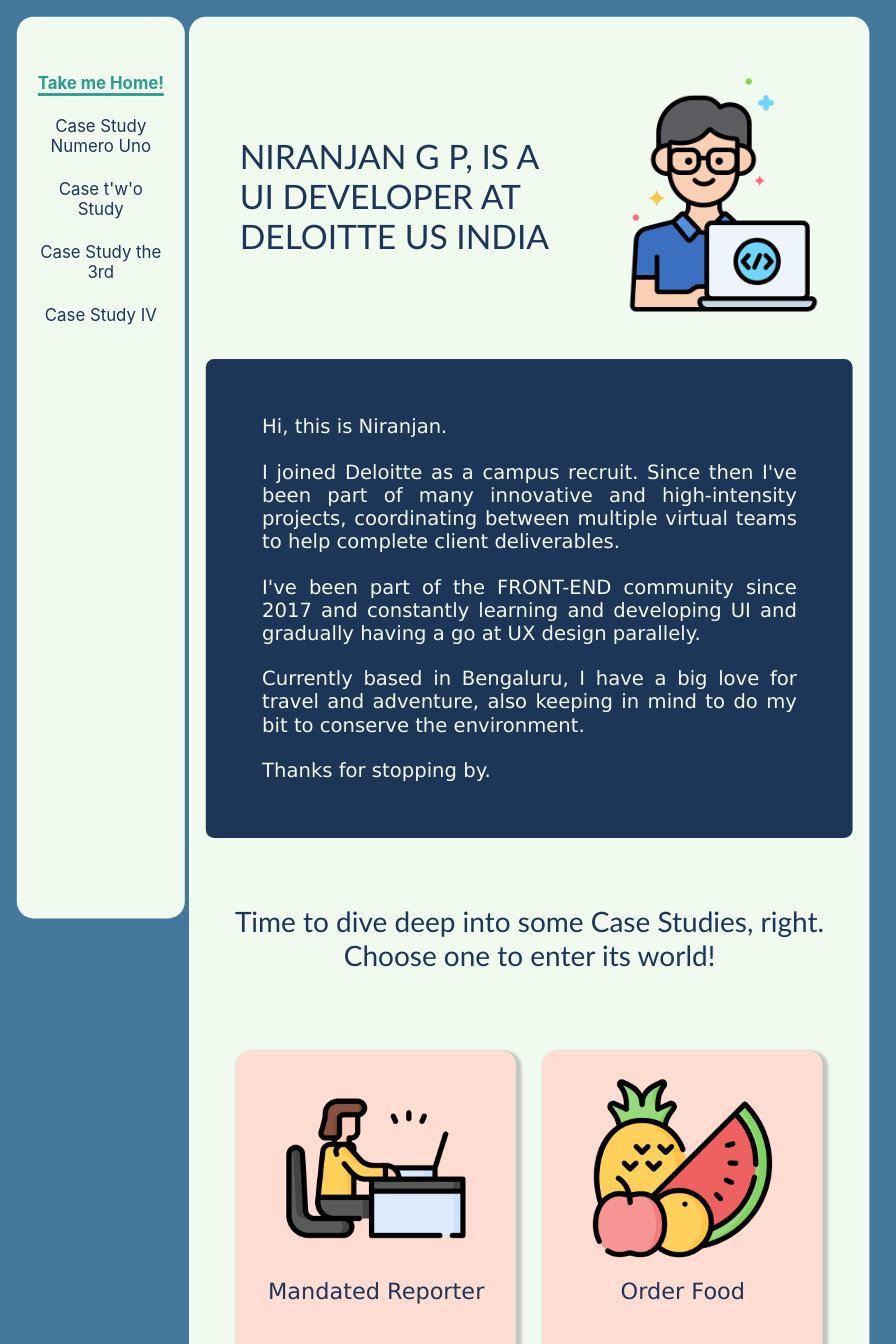
Repository: niranjangp/portfolioReact
Page: /
The author's editor kept a copy of each file at every save. The page is drawn from the files as they stood at one save, then again after the next save.
The browser window is 1280 px wide. The pictures show the part of the page from y = 0 to 1920 px (the page is 3119 px tall), at 70% of full size.
The project was rebuilt for these pictures with package versions that can differ from the ones it lists, and the page was loaded fresh each time. Also part of the build but not shown: src/pages/csOne.jsx, src/pages/csTwo.jsx, src/pages/csThree.jsx, src/pages/csFour.jsx, src/pages/notFound.jsx.

Above is the page before, as saved 2022-02-02 04:06:27.

### public/index.html
<!DOCTYPE html>
<html lang="en">
  <head>
    <meta charset="utf-8" />
    <!--<link rel="icon" href="%PUBLIC_URL%/favicon.ico" />-->
    <meta name="viewport" content="width=device-width, initial-scale=1" />
    <meta name="theme-color" content="#000000" />
    <meta
      name="description"
      content="Web site created using create-react-app"
    />
    <!--<link rel="apple-touch-icon" href="%PUBLIC_URL%/logo192.png" />-->
    <!--
      manifest.json provides metadata used when your web app is installed on a
      user's mobile device or desktop. See https://developers.google.com/web/fundamentals/web-app-manifest/
    -->
    <link rel="manifest" href="%PUBLIC_URL%/manifest.json" />
    <!--
      Notice the use of %PUBLIC_URL% in the tags above.
      It will be replaced with the URL of the `public` folder during the build.
      Only files inside the `public` folder can be referenced from the HTML.

      Unlike "/favicon.ico" or "favicon.ico", "%PUBLIC_URL%/favicon.ico" will
      work correctly both with client-side routing and a non-root public URL.
      Learn how to configure a non-root public URL by running `npm run build`.
    -->
    <title>Portfolio</title>
  </head>
  <body>
    <noscript>You need to enable JavaScript to run this app.</noscript>
    <div id="root"></div>
    <!--
      This HTML file is a template.
      If you open it directly in the browser, you will see an empty page.

      You can add webfonts, meta tags, or analytics to this file.
      The build step will place the bundled scripts into the <body> tag.

      To begin the development, run `npm start` or `yarn start`.
      To create a production bundle, use `npm run build` or `yarn build`.
    -->
  </body>
</html>

### src/index.css
body {
  margin: 0;
  font-family: -apple-system, BlinkMacSystemFont, 'Segoe UI', 'Roboto', 'Oxygen',
    'Ubuntu', 'Cantarell', 'Fira Sans', 'Droid Sans', 'Helvetica Neue',
    sans-serif;
  -webkit-font-smoothing: antialiased;
  -moz-osx-font-smoothing: grayscale;
  box-sizing: border-box;
}

code {
  font-family: source-code-pro, Menlo, Monaco, Consolas, 'Courier New',
    monospace;
}

p {
  margin: 0;
}

### src/App.js
import './App.css';

import { Route, NavLink, Switch, Redirect } from 'react-router-dom';
import EnterTheDesign from './pages/enterDesign';
import CSOne from './pages/csOne';
import CSTwo from './pages/csTwo';
import CSThree from './pages/csThree';
import CSFour from './pages/csFour';
import NotFound from './pages/notFound';

function App() {
  const flatIconLink = "https://www.flaticon.com/free-icons/programmer";
  const wfhIconLink = "https://www.flaticon.com/free-icons/work-from-home";
  const fruitLink = "https://www.flaticon.com/free-icons/fruit";
  const moneyLink = "https://www.flaticon.com/free-icons/digital-money";
  const quoteLink = "https://www.flaticon.com/free-icons/question-mark";



  return (
    <div className='App'>
      <div className="containerOne">
        <nav className='navigation'>
          <div className='navDiv'>
            <NavLink activeClassName="nav-link active" className="nav-link" to="/enter-the-design">Take me Home!</NavLink>
          </div>
          <div className='navDiv'>
            <NavLink activeClassName="nav-link active" className="nav-link" to="/cs-one">Case Study Numero Uno</NavLink>
          </div>
          <div className='navDiv'>
            <NavLink activeClassName="nav-link active" className="nav-link" to="/cs-two">Case t'w'o Study</NavLink>
          </div>
          <div className='navDiv'>
            <NavLink activeClassName="nav-link active" className="nav-link" to="/cs-three">Case Study the 3rd</NavLink>
          </div>
          <div className='navDiv'>
            <NavLink activeClassName="nav-link active" className="nav-link" to="/cs-four">Case Study IV</NavLink>
          </div>
        </nav>
        <main className='mainOne'>
          <Switch>
            <Route exact path="/" ><Redirect to="/enter-the-design" /></Route>
            <Route path="/enter-the-design" ><EnterTheDesign /></Route>
            <Route exact path="/cs-one" ><CSOne /></Route>
            <Route exact path="/cs-two" ><CSTwo /></Route>
            <Route exact path="/cs-three"><CSThree /></Route>
            <Route exact path="/cs-four"><CSFour /></Route>

            <Route path="*"><NotFound /></Route>
          </Switch>

        </main>
        <footer>
          <div className='footer-info'>
            {/*<p>Niranjan G P</p>*/}
            <p>Design & Develop    |   mailtonirgp@gmail.com</p>
            <p>Please consider the Environment while printing.</p>
          </div>
          <div className='credits'>
            <p className="cr-fi">Icons from Flaticons</p>
            <a href={flatIconLink} title="programmer icons">Programmer icons created by Flat Icons - Flaticon</a>
            <a href={wfhIconLink} title="work from home icons">Work from home icons created by Freepik - Flaticon</a>
            <a href={fruitLink} title="fruit icons">Fruit icons created by Freepik - Flaticon</a>
            <a href={moneyLink} title="digital money icons">Digital money icons created by Freepik - Flaticon</a>
            <a href={quoteLink} title="question mark icons">Question mark icons created by Freepik - Flaticon</a>
          </div>
        </footer>
      </div>

    </div>
  );
}

export default App;

### src/pages/enterDesign.jsx
import React from 'react';
import Icons from '../assets/programmer.png';
import WorkingIcon from '../assets/working.png';
import FoodIcon from '../assets/fruit.png';
import ExpIcon from '../assets/expense.png';
import QuoteIcon from '../assets/quote.png';
import { Link } from 'react-router-dom';


const enterDesign = () => {
    const avatarIcon = Icons;


    return (
        <React.Fragment>
            <div className='firstRow'>
                <div className="width-60">
                    <p className='fr-info'>NIRANJAN G P, IS A UI DEVELOPER AT DELOITTE US INDIA</p>
                </div>
                <div className="width-40 img-block">
                    <img src={avatarIcon} alt="avatar-icon" className='avtr-img' />
                </div>
            </div>
            <div className='sec-row'>
                <p>Hi, this is Niranjan.</p>
                <p>I joined Deloitte as a campus recruit. Since then I've been part of many innovative and high-intensity projects, coordinating between multiple virtual teams to help complete client deliverables.</p>
                <p>I've been part of the FRONT-END community since 2017 and constantly learning and developing UI and gradually having a go at UX design parallely.</p>
                <p>Currently based in Bengaluru, I have a big love for travel and adventure, also keeping in mind to do my bit to conserve the environment.</p>
                <p>Thanks for stopping by.</p>
            </div>
            <div className='third-row'>
                <div className='fullWidth intro-cs'>
                    <p>Time to dive deep into some Case Studies, right.</p>
                    <p>Choose one to enter its world!</p>
                </div>
                <div className='card-box'>
                    <div className="card">
                        <Link to="/portfolio/cs-one">
                            <img src={WorkingIcon} alt="card-icon" className='card-icon' />
                            <p>Mandated Reporter</p>
                            {/*<p>Click to Read More!!!</p>*/}
                        </Link>
                    </div>
                </div>
                <div className='card-box'>
                    <div className="card">
                    <Link to="/portfolio/cs-two">
                        <img src={FoodIcon} alt="card-icon" className='card-icon' />
                        <p>Order Food</p>
                        </Link>
                    </div>
                </div>
                <div className='card-box'>
                    <div className="card" >
                    <Link to="/portfolio/cs-three">
                        <img src={ExpIcon} alt="card-icon" className='card-icon' />
                        <p>Expense Tracker</p>
                        </Link>
                    </div>
                </div>
                <div className='card-box'>
                    <div className="card" >
                    <Link to="/portfolio/cs-four">
                        <img src={QuoteIcon} alt="card-icon" className='card-icon' />
                        <p>If you have a Quote</p>
                        </Link>
                    </div>
                </div>
            </div>
        </React.Fragment>
    )
};

export default enterDesign;

Loaded but not shown: src/index.js (common file); src/reportWebVitals.js (common file); src/App.css (511 lines, source omitted)

After the next save:
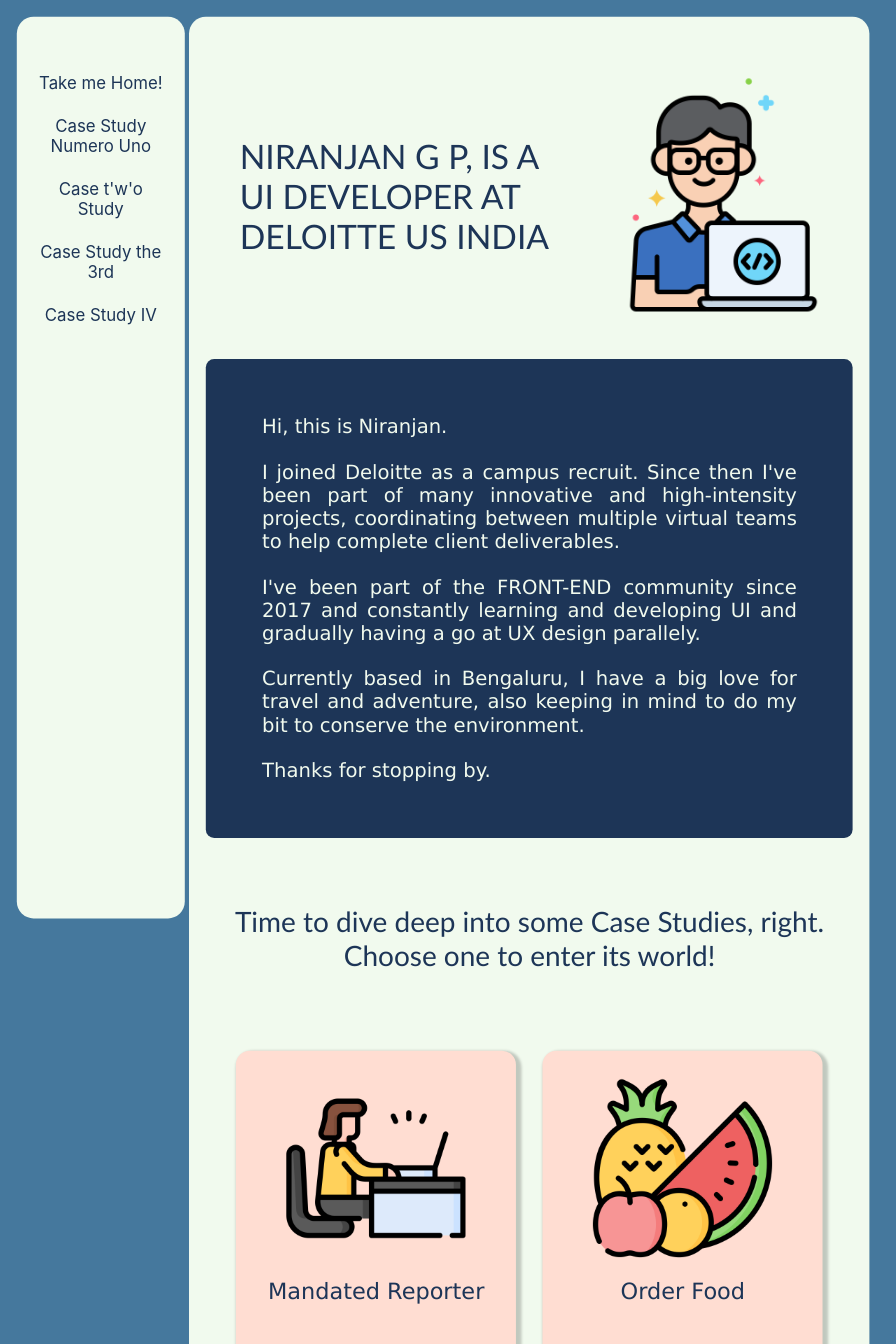
Saved 3 s later.
--- a/src/App.js
+++ b/src/App.js
@@ -39,12 +39,12 @@ function App() {
         </nav>
         <main className='mainOne'>
           <Switch>
-            <Route exact path="/" ><Redirect to="/enter-the-design" /></Route>
-            <Route path="/enter-the-design" ><EnterTheDesign /></Route>
-            <Route exact path="/cs-one" ><CSOne /></Route>
-            <Route exact path="/cs-two" ><CSTwo /></Route>
-            <Route exact path="/cs-three"><CSThree /></Route>
-            <Route exact path="/cs-four"><CSFour /></Route>
+            <Route exact path="/" ><Redirect to="/portfolio/enter-the-design" /></Route>
+            <Route path="/portfolio/enter-the-design" ><EnterTheDesign /></Route>
+            <Route exact path="/portfolio/cs-one" ><CSOne /></Route>
+            <Route exact path="/portfolio/cs-two" ><CSTwo /></Route>
+            <Route exact path="/portfolio/cs-three"><CSThree /></Route>
+            <Route exact path="/portfolio/cs-four"><CSFour /></Route>
 
             <Route path="*"><NotFound /></Route>
           </Switch>

After the 2 saves that followed:
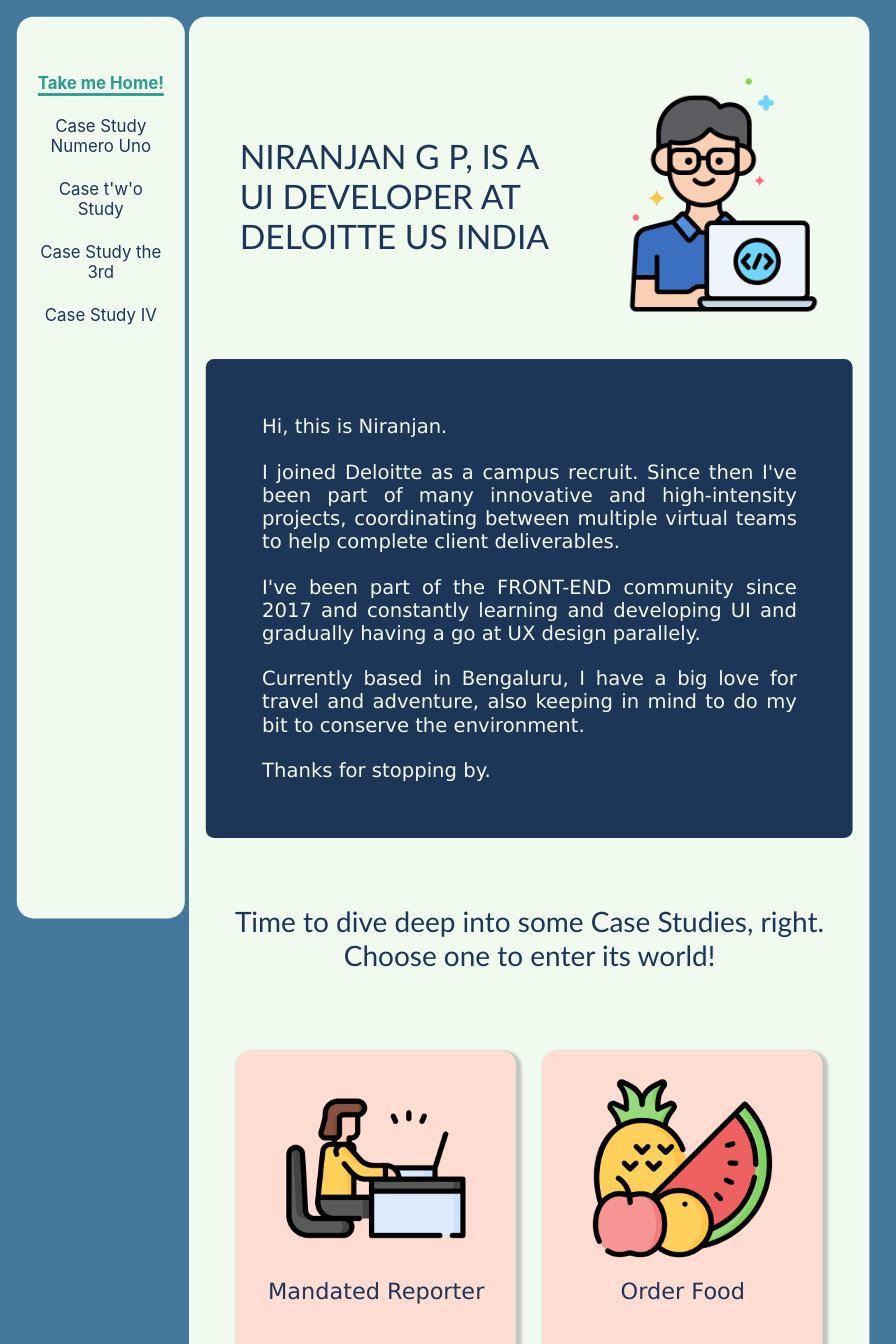
The 2 saves are shown as one change because 1 left the picture as it was.
The last was saved 8 min 32 s later.
--- a/src/App.js
+++ b/src/App.js
@@ -39,12 +39,12 @@ function App() {
         </nav>
         <main className='mainOne'>
           <Switch>
-            <Route exact path="/" ><Redirect to="/portfolio/enter-the-design" /></Route>
-            <Route path="/portfolio/enter-the-design" ><EnterTheDesign /></Route>
-            <Route exact path="/portfolio/cs-one" ><CSOne /></Route>
-            <Route exact path="/portfolio/cs-two" ><CSTwo /></Route>
-            <Route exact path="/portfolio/cs-three"><CSThree /></Route>
-            <Route exact path="/portfolio/cs-four"><CSFour /></Route>
+            <Route exact path={process.env.PUBLIC_URL + '/'} ><Redirect to="/enter-the-design" /></Route>
+            <Route path="/enter-the-design" ><EnterTheDesign /></Route>
+            <Route exact path="/cs-one" ><CSOne /></Route>
+            <Route exact path="/cs-two" ><CSTwo /></Route>
+            <Route exact path="/cs-three"><CSThree /></Route>
+            <Route exact path="/cs-four"><CSFour /></Route>
 
             <Route path="*"><NotFound /></Route>
           </Switch>
--- a/src/pages/enterDesign.jsx
+++ b/src/pages/enterDesign.jsx
@@ -35,7 +35,7 @@ const enterDesign = () => {
                 </div>
                 <div className='card-box'>
                     <div className="card">
-                        <Link to="/portfolio/cs-one">
+                        <Link to="/cs-one">
                             <img src={WorkingIcon} alt="card-icon" className='card-icon' />
                             <p>Mandated Reporter</p>
                             {/*<p>Click to Read More!!!</p>*/}
@@ -44,7 +44,7 @@ const enterDesign = () => {
                 </div>
                 <div className='card-box'>
                     <div className="card">
-                    <Link to="/portfolio/cs-two">
+                    <Link to="/cs-two">
                         <img src={FoodIcon} alt="card-icon" className='card-icon' />
                         <p>Order Food</p>
                         </Link>
@@ -52,7 +52,7 @@ const enterDesign = () => {
                 </div>
                 <div className='card-box'>
                     <div className="card" >
-                    <Link to="/portfolio/cs-three">
+                    <Link to="/cs-three">
                         <img src={ExpIcon} alt="card-icon" className='card-icon' />
                         <p>Expense Tracker</p>
                         </Link>
@@ -60,7 +60,7 @@ const enterDesign = () => {
                 </div>
                 <div className='card-box'>
                     <div className="card" >
-                    <Link to="/portfolio/cs-four">
+                    <Link to="/cs-four">
                         <img src={QuoteIcon} alt="card-icon" className='card-icon' />
                         <p>If you have a Quote</p>
                         </Link>
